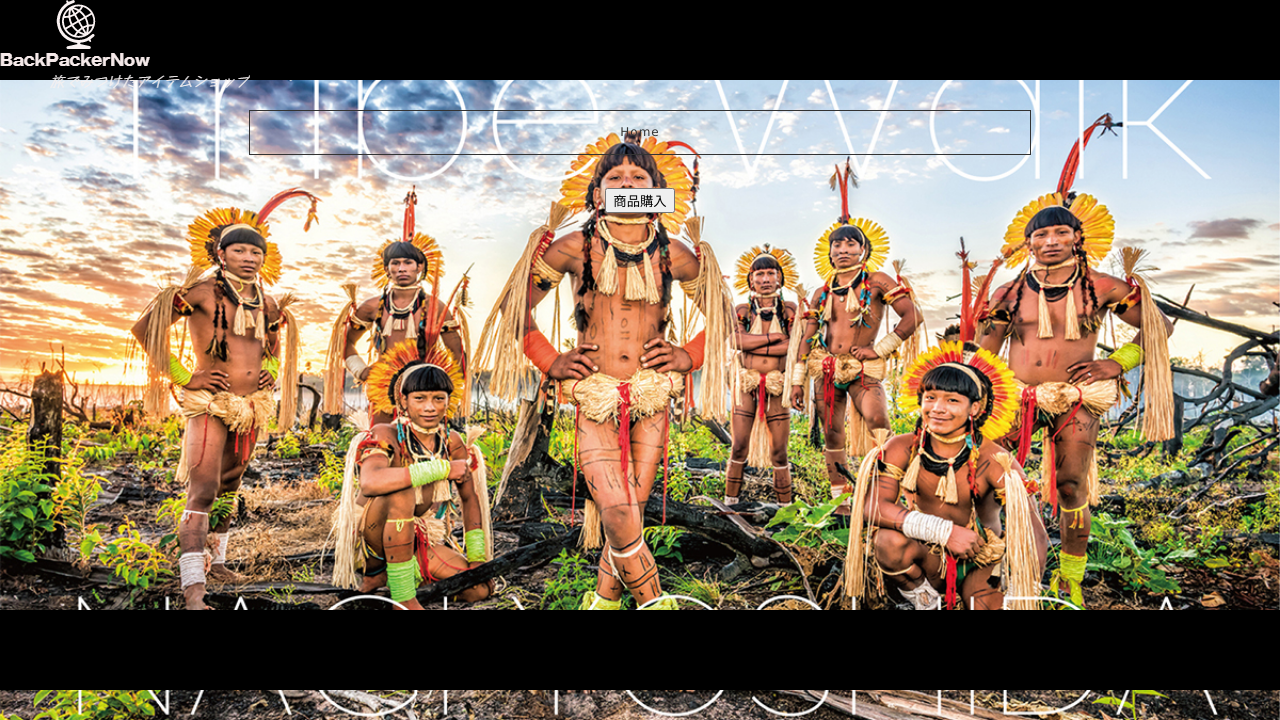
Repository: yanaiwataru/test
Page: http://localhost/ecsite/
The author's editor kept a copy of each file at every save. The page is drawn from the files as they stood at one save, then again after the next save.
The browser window is 1280 px wide. The pictures show the whole page.
The page is served by Tomcat 9. Other server files are loaded and not shown.

Above is the page before, as saved 2018-03-12 05:29:07.

### ecsite/WebContent/home.jsp
<%@ page language="java" contentType="text/html; charset=UTF-8"

pageEncoding="UTF-8"%>

<%@ taglib prefix="s" uri="/struts-tags"%>
<!DOCTYPE html>
<html>
<head>

<meta http-equiv="Content-Type" content="text/html; charset=utf-8" />
<meta http-equiv="Content-Style-Type" content="text/css" />
<meta http-equiv="Content-Script-Type" content="text/javascript" />
<meta http-equiv="imagetoolbar" content="no" />
<meta name="description" content="" />
<meta name="keywords" content="" />
<link rel="stylesheet"type="text/css" href="css/ecsite.css">
<title>Home画面</title>
<style type="text/css">



</style>

</head>
<body>

<div id="header">

<div id="pr">

<img class="logo" src="./image/logo.png">
</div>

</div>
<div id="main">

<div id="top">
<p>Home</p>

</div>
<div id=”text-center”>

<s:form action="HomeAction">

<s:submit id="button" value="商品購入"/>

</s:form>
<s:if test="#session.id != null">

<p>ログアウトする場合は

<a href='<s:url action="LogoutAction" />'>こちら</a></p>

</s:if>

</div>

</div>
<div id="footer">

<div id="pr">
</div>

</div>

</body>
</html>

### ecsite/WebContent/css/ecsite.css
@CHARSET "UTF-8";



body {
margin:0;
padding:0;
line-height:1.6;
letter-spacing:1px;
font-family:Verdana, Helvetica, sans-serif;
font-size:12px;
color:#333;
background:#fff;
background-image: url("../image/0119_omote.jpg");
  /* 画像を常に天地左右の中央に配置 */
  background-position: center center;

  /* 画像をタイル状に繰り返し表示しない */
  background-repeat: no-repeat;

  /* コンテンツの高さが画像の高さより大きい時、動かないように固定 */
  background-attachment: fixed;

  /* 表示するコンテナの大きさに基づいて、背景画像を調整 */
  background-size: cover;

  /* 背景画像が読み込まれる前に表示される背景のカラー */
  background-color: #464646;
}

table {
text-align:center;
margin:0 auto;
}
/* ========ecsite LAYOUT======== */
#top {
width:780px;
margin:30px auto;
border:1px solid #333;
}

#header {
width: 100%;
height: 80px;
background-color: black;
}
#main {
width: 100%;
height: 500px;
text-align: center;
}
#footer {
width: 100%;
height: 80px;
background-color: black;
clear:both;
}
#text-center {
display: inline-block;
text-align: center;

}

After the next save:
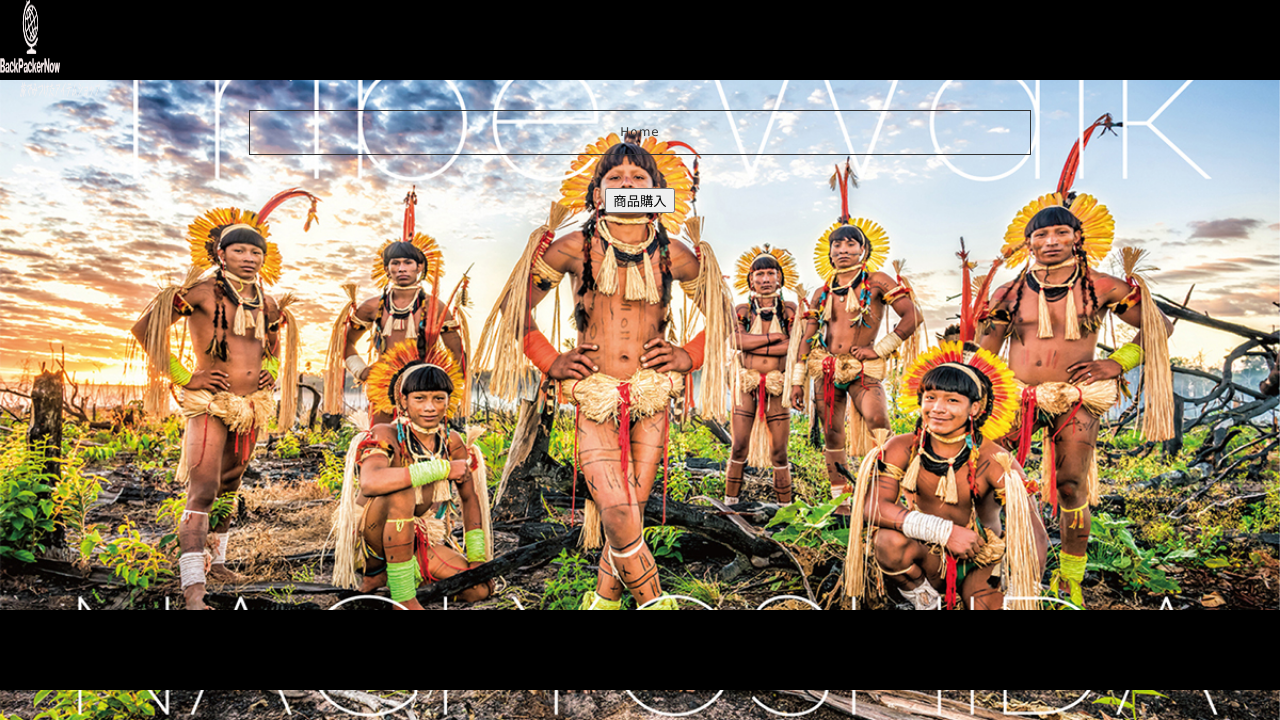
Saved 3 min 51 s later.
--- a/ecsite/WebContent/home.jsp
+++ b/ecsite/WebContent/home.jsp
@@ -16,7 +16,10 @@
 <link rel="stylesheet"type="text/css" href="css/ecsite.css">
 <title>Home画面</title>
 <style type="text/css">
-
+.logo{
+height: 100px;
+width: 100px
+}
 
 
 </style>
